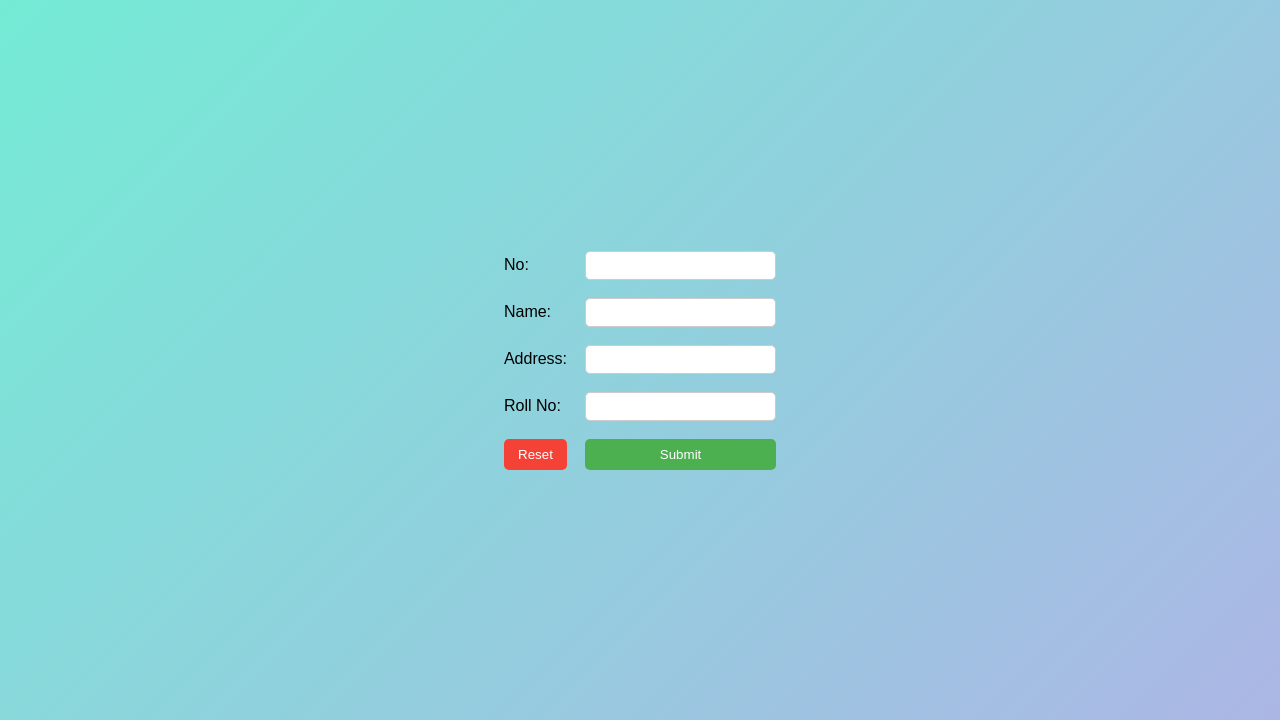
Repository: munnakumar046/eclipse-workspace
Page: DBApp/WebContent/form.html
An editor plug-in stored every save of this project. The page is shown before and after the next save, followed by the edit.
The browser window is 1280 px wide. The pictures show the whole page.

Above is the page before, as saved 2024-11-07 16:19:12.

After the next save:
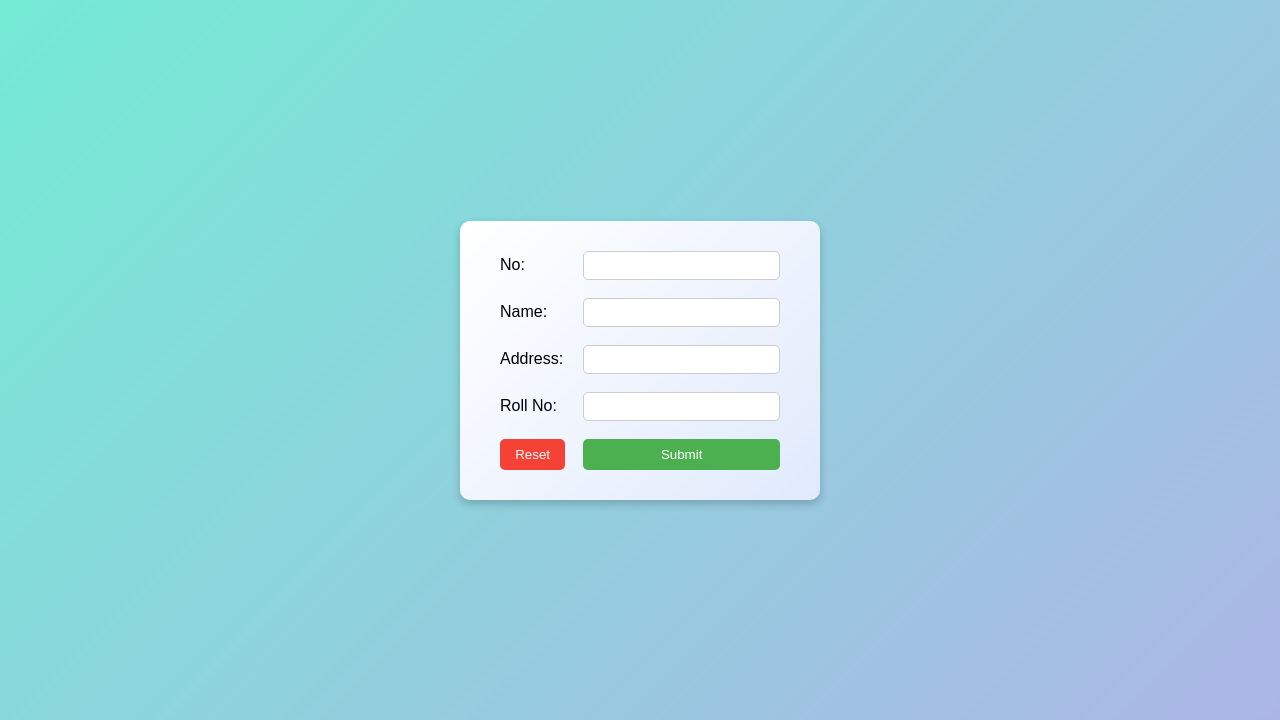
Saved 4 min 27 s later.
--- a/DBApp/WebContent/form.html
+++ b/DBApp/WebContent/form.html
@@ -1,7 +1,11 @@
 <!DOCTYPE html>
+<html lang="en">
 <head>
+    <meta charset="UTF-8">
+    <meta name="viewport" content="width=device-width, initial-scale=1.0">
+    <title>Form with Linear Gradient Background</title>
     <style>
-        /* Background styling */
+        /* Background styling with linear gradient */
         body {
             background: linear-gradient(135deg, #74ebd5, #acb6e5); /* Gradient from teal to light blue */
             display: flex;
@@ -11,6 +15,16 @@
             margin: 0;
             font-family: Arial, sans-serif;
         }
+
+        /* Form container styling */
+        .form-container {
+            background: linear-gradient(135deg, #ffffff, #e0eafc); /* Subtle gradient for the form background */
+            padding: 20px 30px;
+            border-radius: 10px;
+            box-shadow: 0 4px 8px rgba(0, 0, 0, 0.2);
+            width: 300px;
+        }
+
         /* Table styling */
         table {
             width: 100%;
@@ -55,6 +69,7 @@
     </style>
 </head>
 <body>
+    <div class="form-container">
         <form action="test" method="GET">
             <table align="center">
                 <tr>
@@ -79,5 +94,6 @@
                 </tr>
             </table>
         </form>
-   </body>
+    </div>
+</body>
 </html>
